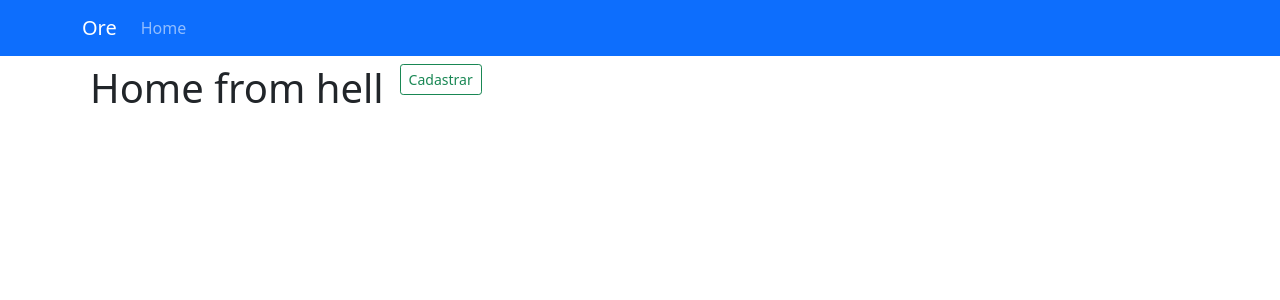
Repository: thf4/React-Front
Page: /
An editor plug-in stored every save of this project. The page is shown before and after the next save, followed by the edit.
The browser window is 1280 px wide. The pictures show the whole page.
The project was rebuilt for these pictures with package versions that can differ from the ones it lists, and the page was loaded fresh each time. Also part of the build but not shown: src/pages/Vizualizar/index.js, src/pages/Cadastrar/index.js, src/pages/Editar/index.js.

Above is the page before, as saved 2021-05-07 09:19:45.

### src/App.js
import React from "react";
import { BrowserRouter as Router, Switch, Route } from "react-router-dom";
import { Home } from "./pages/Home/";
import { View } from "./pages/Vizualizar/";
import { Cadastrar } from "./pages/Cadastrar/";
import { Editar } from "./pages/Editar/";
import { Menu } from "./components/Menu";
import 'bootstrap/dist/css/bootstrap.min.css';
function App() {
  return (
    <div>
      <Menu />
      <Router>
        <Switch>
          <Route exact path="/" component={Home} />
          <Route path="/view" component={View} />
          <Route path="/cadastrar" component={Cadastrar} />
          <Route path="/editar" component={Editar} />
        </Switch>
      </Router>
    </div>
  );
}

export default App;

### src/pages/Home/index.js
import React from "react";
import { Container } from "reactstrap";
export const Home = () => {
  return (
    <div>
      <Container>
        <div className=" d-flex">
          <div className="mr-auto p-2">
            <h1> Home from hell </h1>
          </div>
          <div className="p-2">
            <a href="/cadastrar" className="btn btn-outline-success btn-sm">Cadastrar</a>
          </div>
        </div>
      </Container>
    </div>
  );
};

### src/components/Menu.js
import React, { useState } from "react";
import {
  Collapse,
  Navbar,
  NavbarToggler,
  NavbarBrand,
  Nav,
  NavItem,
  NavLink,
  Container,
} from "reactstrap";
export const Menu = (props) => {
  const [isOpen, setIsOpen] = useState(false);
  const toggle = () => setIsOpen(!isOpen);

  return (
    <div>
      <Navbar color="primary" dark expand="md">
        <Container>
        <NavbarBrand href="/">Ore</NavbarBrand>
        <NavbarToggler onClick={toggle} />
        <Collapse isOpen={isOpen} navbar>
          <Nav className="mr-auto" navbar>
            <NavItem>
              <NavLink href="/">Home</NavLink>
            </NavItem>
          </Nav>
        </Collapse>
        </Container>
      </Navbar>
    </div>
  );
};

Loaded but not shown: public/index.html (common file); src/index.js (common file); src/index.css (common file); src/reportWebVitals.js (common file)

After the next save:
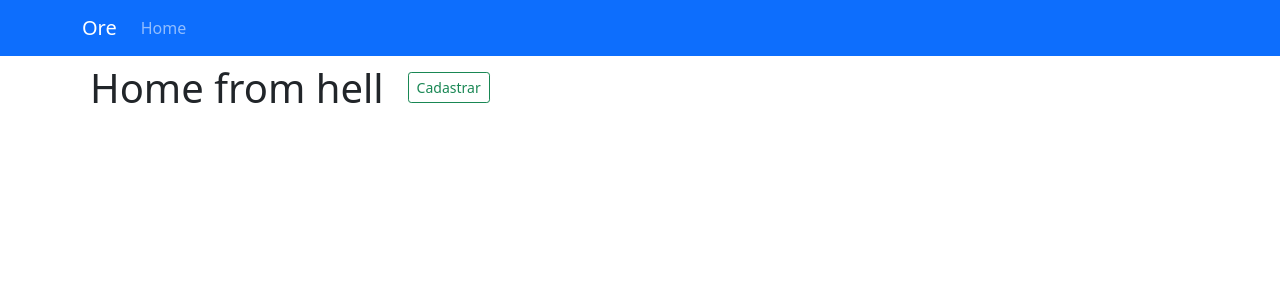
Saved 13 s later.
--- a/src/pages/Home/index.js
+++ b/src/pages/Home/index.js
@@ -8,7 +8,7 @@ export const Home = () => {
           <div className="mr-auto p-2">
             <h1> Home from hell </h1>
           </div>
-          <div className="p-2">
+          <div className="p-3">
             <a href="/cadastrar" className="btn btn-outline-success btn-sm">Cadastrar</a>
           </div>
         </div>
